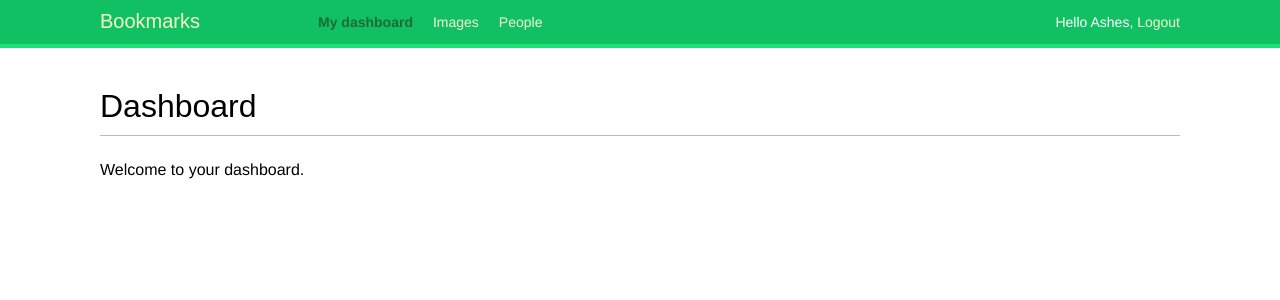
Repository: shahzaib512/social-website-project
Page: http://localhost/account/
These files come from the project's save history. The page is drawn as it stood at one moment and after the next save; the edit follows.
The browser window is 1280 px wide. The pictures show the whole page.
Some web fonts or font styles are not loaded; a fallback is used. The page is served by the project's application, run on Django 4.2 (manage.py). The first stored user is signed in. The page reads the database file committed with the project.

Above is the page before, as saved 2024-01-11 10:06:16.

After the next save:
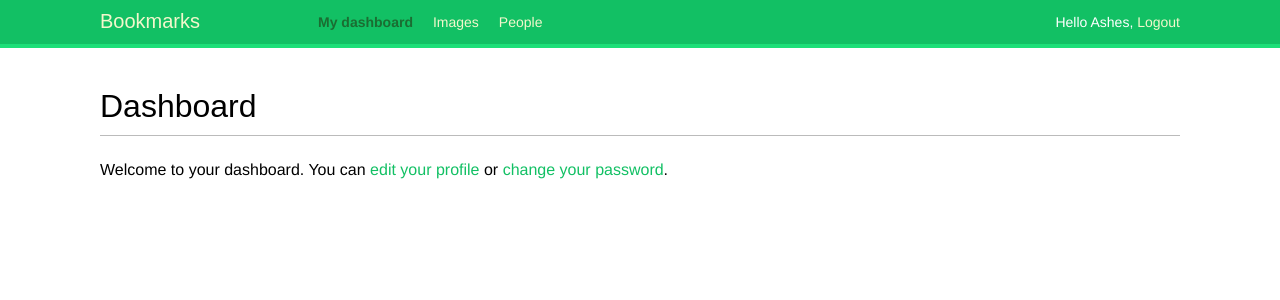
Saved 110 s later.
--- a/account/templates/account/dashboard.html
+++ b/account/templates/account/dashboard.html
@@ -1,10 +1,10 @@
 {% extends "base.html" %}
 
-
-{% block title %}Dashboard{%endblock title %}
-
+{% block title %}Dashboard{% endblock %}
 
 {% block content %}
-    <h1>Dashboard</h1>
-    <p>Welcome to your dashboard.</p>
-{% endblock content %}
+  <h1>Dashboard</h1>
+  <p>
+    Welcome to your dashboard. You can <a href="{% url "edit" %}">edit your profile</a> or <a href="{% url "password_change" %}">change your password</a>.
+  </p>
+{% endblock %}
